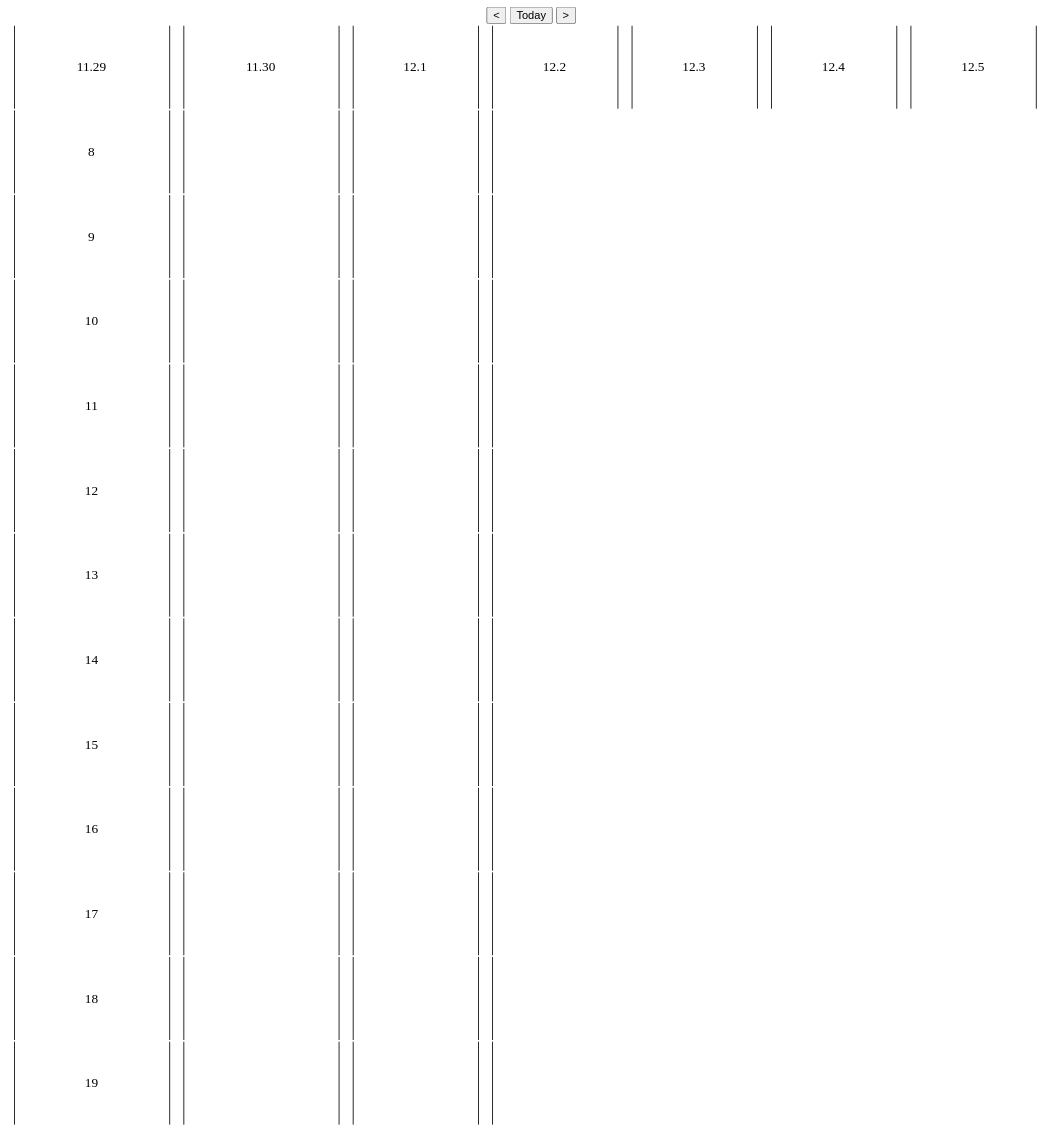
Repository: addictum/drawcalendar-1
Page: http://localhost/DrawCalendar/week.jsp
The author's editor kept a copy of each file at every save. The page is drawn from the files as they stood at one save, then again after the next save.
The browser window is 1280 px wide. The pictures show the whole page, at 83% of full size.
Some web libraries are served in a nearby version. The page is served by Tomcat 9.

Above is the page before, as saved 2020-12-07 01:08:41.

### DrawCalendar/src/main/webapp/week.jsp
<%@ page language="java" contentType="text/html; charset=UTF-8"
    pageEncoding="UTF-8" trimDirectiveWhitespaces="true" %>
<!DOCTYPE html>
<html>
<head>
<meta charset="UTF-8">
<title>Insert title here</title>
<script src="https://code.jquery.com/jquery-3.2.1.min.js"></script>
<style>
	#container {
		position: relative;
		margin: 0 auto;
		max-width: 1250px;
		text-align: center;
	}

	table {
		position: relative;
		border: border-box;
		width: 1250px;
		margi: 0 auto;
		box-sizing: border-box;
	}

	tr {
		width: 100%;
		height: 100px;
	}

	th, td {
		width: 100%/7 px;
		border-left: 1px solid black;
	}
</style>
</head>
<body>
<div id="container">
	<div class="nav">
				<button class="nav-btn go-prev" onclick="prevWeek()">&lt;</button>
				<button class="nav-btn go-today" onclick="goToday()">Today</button>
				<button class="nav-btn go-next" onclick="nextWeek()">&gt;</button>
	</div>
	<div class="week">
		<table class="weekTable">
			<tr class=tableHead></tr>

		</table>
	</div>
</div>
<script>

	let date = new Date();

	const renderWeek = () => {
		const thisYear = date.getFullYear();
		const thisMonth = date.getMonth();
		const thisDate = date.getDate();
		const thisDay = date.getDay();

		const preLast = new Date(thisYear, thisMonth, 0);
		const thisLast = new Date(thisYear, thisMonth+1, 0);
		const nextLast = new Date(thisYear, thisMonth+2, 0);

		const preMonth = preLast.getMonth()+1;
		const nextMonth = nextLast.getMonth()+1;

		const PLDate = preLast.getDate();
		const TLDate = thisLast.getDate();
		const NLDate = nextLast.getDate();

		const weekStart = new Date(thisYear, thisMonth, thisDate-thisDay);
		const weekEnd = new Date(thisYear, thisMonth, thisDate + (6-thisDay));

		const startDate = weekStart.getDate();
		const endDate = weekEnd.getDate();
		const startMonth = weekStart.getMonth()+1;

		const weekDate = [];

		if(endDate < 7) {
			if(startMonth !== thisMonth+1){
				for(let i = startDate; i < PLDate+1; i++){
					weekDate.push(preMonth+'.'+i);
				}
				for(let i = 1; 1 < 7-weekDate.length+1; i ++){
					weekDate.push((thisMonth+1)+'.'+i);
				}
			}
			if(startMonth === thisMonth+1) {
				for(let i = startDate; i < TLDate+1; i++){
					weekDate.push((thisMonth+1)+'.'+i);
				}
				for(let i = 1; 1 < 7-weekDate.length+1; i ++){
					weekDate.push(nextMonth+'.'+i);
				}
			}

		}

		if(startDate >= 1 && startDate < TLDate-6 ){
			for(let i = startDate; 1 < 7-weekDate.length+1; i ++){
				weekDate.push((thisMonth+1)+'.'+i);
			}
		}

		weekDate.forEach((date, i) => {
			var spDate = date.split('.');
			weekDate[i] = '<td class="date">' + date + '<td>';
		})

		var html = '';
		for(let i = 8; i < 20; i++) {
			html += '<tr><td class="'+i+'" >'+i+'</td>'
			for(let i = 0; i < 6; i++) {
				html += '<td></td>'
			}
			html += '</tr>'
		}
		console.log(html);

		document.querySelector('.tableHead').innerHTML = weekDate.join('');
		$('.weekTable').append(html);
	}
	renderWeek();

	const prevWeek = () => {
		date.setDate(date.getDate()-7);
		renderWeek();
	}

	const nextWeek = () => {
		date.setDate(date.getDate()+7);
		renderWeek();
	}

	const goToday = () => {
		date = new Date();
		renderWeek();
	}


</script>
</body>
</html>

After the next save:
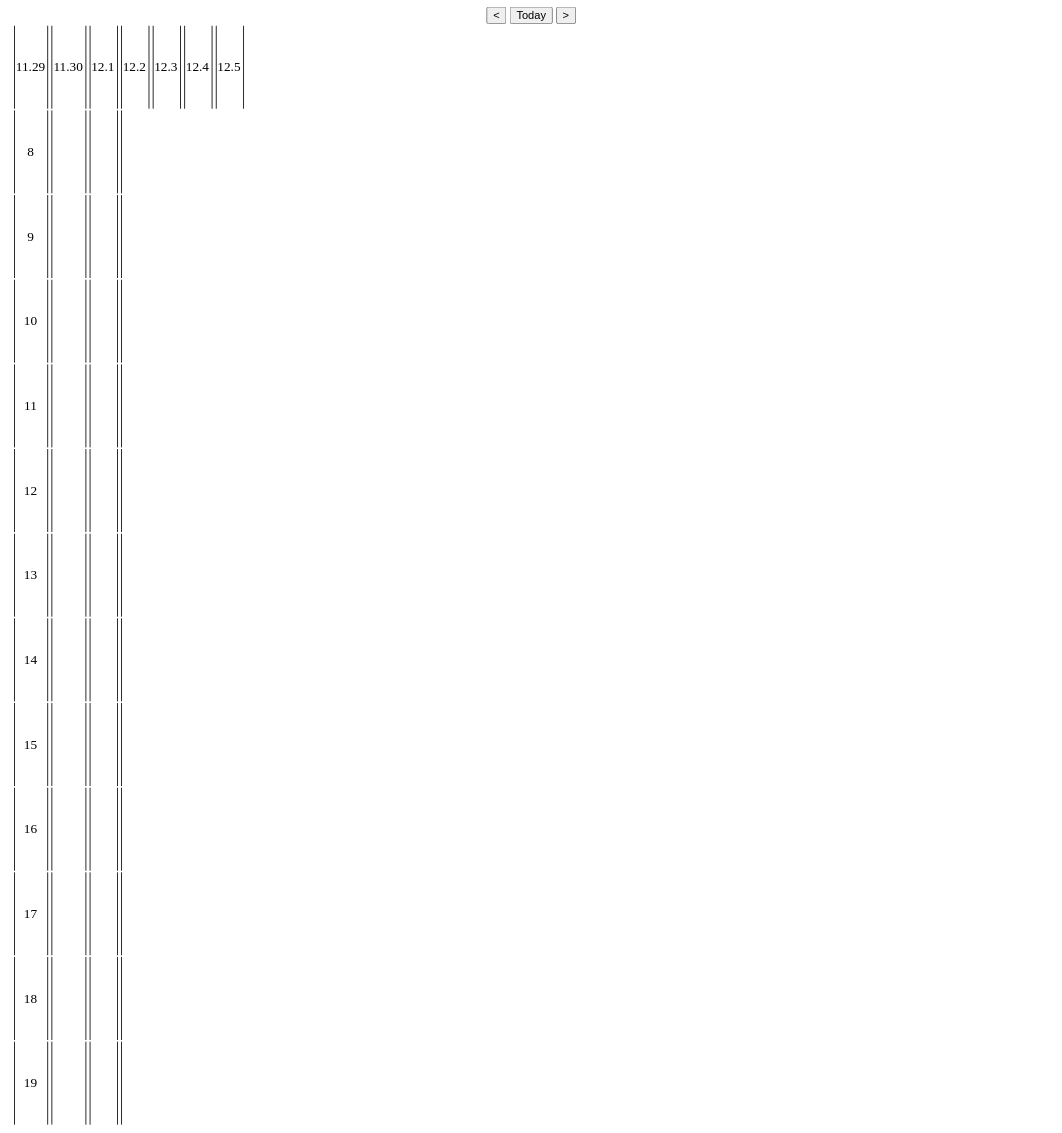
Saved 24 s later.
--- a/DrawCalendar/src/main/webapp/week.jsp
+++ b/DrawCalendar/src/main/webapp/week.jsp
@@ -17,7 +17,7 @@
 	table {
 		position: relative;
 		border: border-box;
-		width: 1250px;
+		max-width: 1250px;
 		margi: 0 auto;
 		box-sizing: border-box;
 	}
